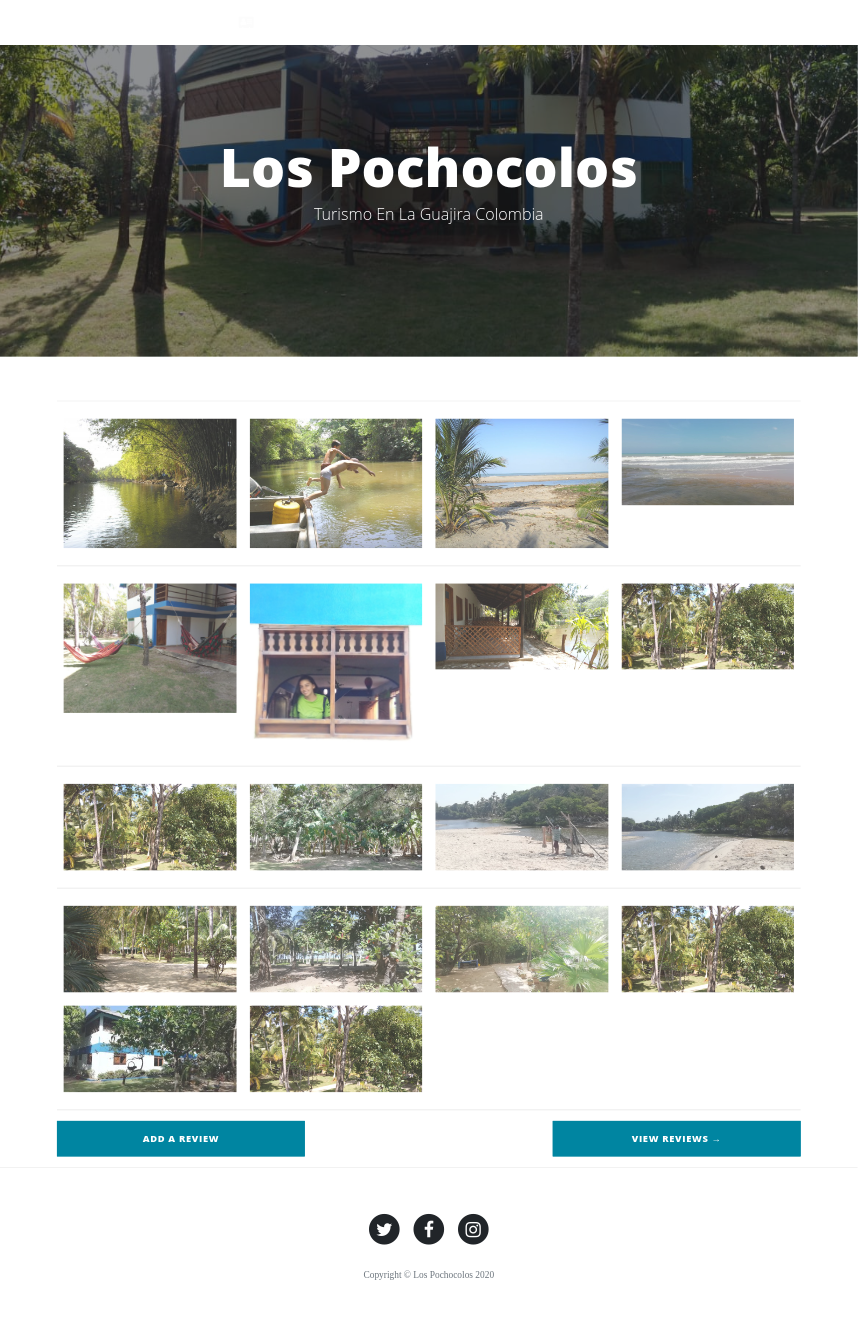
Repository: cachimiro/los-pochoclos
Page: http://localhost/
The author's editor kept a record of every edit. The page is drawn from the files as they stood at one moment, then again after the next edit.
The browser window is 1280 px wide. The pictures show the whole page, at 67% of full size.
Some web libraries are served in a nearby version. The page is served by the project's application, run on Flask 3 (run.py). Other server files are loaded and not shown. Queries for data that is not in the repository find no rows.

Above is the page before.
Console error: ReferenceError: emailjs is not defined

### templates/index.html

{% extends 'base.html' %} {% block content %}
<style>

.column img {
  opacity: 0.8;
  cursor: pointer;
}

.column img:hover {
  opacity: 1;
}

/* The grid: Four equal columns that floats next to each other */
.column {
  float: left;
  width: 25%;
  padding: 10px;
  height: 25%;
}


/* Clear floats after the columns */
.row:after {
  content: "";
  display: table;
  clear: both;
}

/* The expanding image container */
.expand-image{
  position: relative;
 display:none;
}


/* Closable button inside the expanded image */
.close {
  position: absolute;
  top: 10px;
  right: 15px;
  color: white;
  font-size: 35px;
  cursor: pointer;
}
</style>
<div class="container">
<div class="row">
  {% for index in indexs %}
    <div class="col-sm-12 col-lg-12 col-md-12 ">
        <h3>{{ index.title }}</h3>
        <p>{{ index.subject }}</p>

     {% endfor %}
           </div>
        </div>
        <!--phtos for main house-->
        <hr>
        <div class="container">
                   <div class="row ">
  <div class="column">
    <img src="../static/img/rio-pochocolos.jpg" alt="river" style="width:100%" onclick="expandImage(this);" id="togle">
  </div>
  <div class="column">
    <img src="../static/img/tanya-johann-boat.jpg" alt="river" style="width:100%" onclick="expandImage(this);" id="togle-1">
  </div>
  <div class="column">
    <img src="../static/img/playa-1.jpg" alt="rooms" style="width:100%" onclick="expandImage(this);" id="togle-2">
  </div>
  <div class="column">
    <img src="../static/img-room/mar-1.jpg" alt="rooms" style="width:100%" onclick="expandImage(this);"id="togle-3">
  </div>
</div>
</div>
<div class="container expand-image">
  <span onclick="this.parentElement.style.display='none'" class="close">&times;</span>
  <img id="expandedImg" style="width:100%">
</div>
 <hr>
 <!-- photos for ac rooms-->
  <div class="container">
                   <div class="row ">
  <div class="column">
    <img src="../static/img/casa-amacas.jpg" alt="Amacas" style="width:100%" onclick="expandImageTwo(this);" id="togle-4">
  </div>
  <div class="column">
    <img src="../static/img/yaneli-cosina.jpg" alt="cosine" style="width:100%" onclick="expandImageTwo(this);" id="togle-5">
  </div>
  <div class="column">
    <img src="../static/img-room/cuartos-aira.jpg" alt="Aircon rooms" style="width:100%" onclick="expandImageTwo(this);" id="togle-6">
  </div>
  <div class="column">
    <img src="../static/img-room/vista-frente-casa.jpg" alt="Aircon rooms" style="width:100%" onclick="expandImageTwo(this);"id="togle-7">
  </div>
</div>
</div>
<div class="container expand-image">
  <span onclick="this.parentElement.style.display='none'" class="close">&times;</span>
  <img id="expandedImg-2" style="width:100%">
</div>
 <hr>
 <!--photos for cabin-->
  <div class="container">
                   <div class="row ">
  <div class="column">
    <img src="../static/img-room/vista-frente-casa.jpg" alt="birds" style="width:100%" onclick="expandImageThree(this);" id="togle-8">
  </div>
  <div class="column">
    <img src="../static/img-room/platanera.jpg" alt="cabin" style="width:100%" onclick="expandImageThree(this);" id="togle-9">
  </div>
  <div class="column">
    <img src="../static/img-room/pescador.jpg" alt="cabin" style="width:100%" onclick="expandImageThree(this);" id="togle-10">
  </div>
  <div class="column">
    <img src="../static/img-room/rio-playa.jpg" alt="cabin" style="width:100%" onclick="expandImageThree(this);"id="togle-11">
  </div>
</div>
</div>
<div class="container expand-image">
  <span onclick="this.parentElement.style.display='none'" class="close">&times;</span>
  <img id="expandedImg-3" style="width:100%">
</div>
 <hr>
 <!--photos for camping-->
 <div class="container">
                   <div class="row ">
  <div class="column">
    <img src="../static/img-room/vista.jpg" alt="Cabin" style="width:100%" onclick="expandImageFour(this);" id="togle-12">
  </div>
  <div class="column">
    <img src="../static/img-room/vista-al-mar.jpg" alt="cabin" style="width:100%" onclick="expandImageFour(this);" id="togle-13">
  </div>
  <div class="column">
    <img src="../static/img-room/vista-al-rio.jpg" alt="cabin" style="width:100%" onclick="expandImageFour(this);" id="togle-14">
  </div>
  <div class="column">
    <img src="../static/img-room/vista-frente-casa.jpg" alt="cabin" style="width:100%" onclick="expandImageFour(this);"id="togle-15">
  </div>
  <div class="column">
    <img src="../static/img/a.jpg" alt="cabin" style="width:100%" onclick="expandImageFour(this);"id="togle-15">
  </div>
  <div class="column">
    <img src="../static/img-room/vista-frente-casa.jpg" alt="cabin" style="width:100%" onclick="expandImageFour(this);"id="togle-15">
  </div>
</div>
</div>
<div class="container expand-image">
  <span onclick="this.parentElement.style.display='none'" class="close">&times;</span>
  <img id="expandedImg-4" style="width:100%">
</div>
 <hr>

 <!--charity -->



        <!-- Pager -->
        <div class="clearfix">
            <a class="btn btn-primary float-right col-sm-6 col-md-4 col-lg-4" href="{{url_for('get_reviews')}} ">view reviews &rarr;</a>
            <a class="btn btn-primary float-left col-sm-6 col-md-4 col-lg-4" href="{{url_for('add_review')}}">Add a review</a>
        </div>
    </div>
</div>
<script>
// for the image galery
// for main rooms
function expandImage(imgs) {
  var expandImg = document.getElementById("expandedImg");
  expandImg.src = imgs.src;
  expandImg.parentElement.style.display = "block";

}
$("#togle").click(function (){
  $("#expandedImg").toggle()
});
$("#togle-1").click(function (){
  $("#expandedImg").toggle()
});
$("#togle-2").click(function (){
  $("#expandedImg").toggle()
});
$("#togle-3").click(function (){
  $("#expandedImg").toggle()
});
// photos for ac rooms
function expandImageTwo(imgs) {
  var expandImgTwo = document.getElementById("expandedImg-2");
  expandImgTwo.src = imgs.src;
  expandImgTwo.parentElement.style.display = "block";
}
$("#togle-4").click(function (){
  $("#expandedImg-2").toggle()
});
$("#togle-5").click(function (){
  $("#expandedImg-2").toggle()
});
$("#togle-6").click(function (){
  $("#expandedImg-2").toggle()
});
$("#togle-7").click(function (){
  $("#expandedImg-2").toggle()
});
// photos for cabin
function expandImageThree(imgs) {
  var expandImgThree = document.getElementById("expandedImg-3");
  expandImgThree.src = imgs.src;
  expandImgThree.parentElement.style.display = "block";
}
$("#togle-8").click(function (){
  $("#expandedImg-3").toggle()
});
$("#togle-9").click(function (){
  $("#expandedImg-3").toggle()
});
$("#togle-10").click(function (){
  $("#expandedImg-3").toggle()
});
$("#togle-11").click(function (){
  $("#expandedImg-3").toggle()
});
function expandImageFour(imgs) {
  var expandImgFour = document.getElementById("expandedImg-4");
  expandImgFour.src = imgs.src;
  expandImgFour.parentElement.style.display = "block";
}
$("#togle-12").click(function (){
  $("#expandedImg-4").toggle()
});
$("#togle-13").click(function (){
  $("#expandedImg-4").toggle()
});
$("#togle-14").click(function (){
  $("#expandedImg-4").toggle()
});
$("#togle-15").click(function (){
  $("#expandedImg-4").toggle()
});
// photos for camping
</script>
{% endblock %}

### templates/base.html
<!DOCTYPE html>
<html lang="en">
<head>
    <meta charset="UTF-8">
    <meta name="viewport" content="width=device-width, initial-scale=1.0">
    <meta http-equiv="X-UA-Compatible" content="ie=edge">
    <link href="https://stackpath.bootstrapcdn.com/font-awesome/4.7.0/css/font-awesome.min.css" rel="stylesheet" integrity="sha384-wvfXpqpZZVQGK6TAh5PVlGOfQNHSoD2xbE+QkPxCAFlNEevoEH3Sl0sibVcOQVnN" crossorigin="anonymous">
    <link href="{{ url_for('static', filename='vendor/bootstrap/css/bootstrap.min.css') }}" rel="stylesheet">
    <link rel="stylesheet" href="{{ url_for('static', filename='css/clean-blog.min.css') }}" type="text/css" />
    <link rel="stylesheet" href="{{ url_for('static', filename='css/style.css') }}" type="text/css" />
    <title>Los Pochocolos</title>
    <script type="text/javascript" src="https://cdn.jsdelivr.net/npm/emailjs-com@2.3.2/dist/email.min.js"></script>
<script type="text/javascript" src="//ajax.googleapis.com/ajax/libs/jquery/2.1.1/jquery.min.js"></script>

<script type="text/javascript" src="https://cdn.jsdelivr.net/npm/emailjs-com@2.3.2/dist/email.min.js"></script>
<script type="text/javascript">
   (function(){
      emailjs.init("user_UmSeo27b55xmNHfUBgKB0");
   })();
</script>
</head>
<body>
    <style>
    /*for login icon*/
        #staff{
            color:#fafafa;
            font-size:20px;
            opacity: 0.5;
            cursor:pointer;
        }
        #staff:hover{
           opacity: 1;
        }
        @media only screen and (max-width: 800px) {
    #staff{
    color: black;
    opacity: 0.3;
  }
}


    </style>
    <!-- Navigation -->
    <nav class="navbar navbar-expand-lg navbar-light fixed-top" id="mainNav">
        <div class="container">
            <a class="navbar-brand" href="{{url_for('index') }}">Finca Los Pochocolos</a>
            <!--login for admin-->
            <a id="staff" href="{{url_for('log') }}" >
            <i class="fa fa-address-card"></i>
            </a>



            <button class="navbar-toggler navbar-toggler-right" type="button" data-toggle="collapse" data-target="#navbarResponsive" aria-controls="navbarResponsive" aria-expanded="false" aria-label="Toggle navigation">
          Menu
          <i class="fa fa-bars"></i>
        </button>
            <div class="collapse navbar-collapse" id="navbarResponsive">
                <ul class="navbar-nav ml-auto">
                    <li class="nav-item">
                        <a class="nav-link" href="{{ url_for('index') }}">Home</a>
                    </li>
                    <li class="nav-item">
                        <a class="nav-link" href="{{ url_for('rooms') }}">Rooms</a>
                    </li>
                    <li class="nav-item">
                        <a class="nav-link" href="{{ url_for('about') }}">About</a>
                    </li>
                    <li class="nav-item">
                        <a class="nav-link" href="{{ url_for('contact') }}">Contact</a>
                    </li>
                       <li class="nav-item">
                        <a class="nav-link" href="{{ url_for('charity') }}">Charity</a>
                    </li>
                </ul>
            </div>
        </div>
    </nav>

    <!-- Page Header -->
   <!--- <header class="masthead" style="background-image: url('https://berakatours.com/wp-content/uploads/2017/09/Avistamiento-Aves-Colombia.jpg')">----->
          <header class="masthead" style="background-image: url('../static/img/casa-pano.jpg')">
        <div class="overlay"></div>
        <div class="container">
            <div class="row">
                <div class="col-lg-8 col-md-10 mx-auto">
                    <div class="site-heading">
                         <h1>Los Pochocolos</h1>
                        <span class="subheading">Turismo En La Guajira Colombia</span>
                    </div>
                </div>
            </div>
        </div>
    </header>

    <!-- Main Content -->
    <div class="container">
        {% block content %} {% endblock %}
    </div>

    <hr>

    <!-- Footer -->
    <footer>
        <div class="container">
            <div class="row">
                <div class="col-lg-8 col-md-10 mx-auto">
                    <ul class="list-inline text-center">
                        <li class="list-inline-item">
                            <a href="#">
                                <span class="fa-stack fa-lg">
                    <i class="fa fa-circle fa-stack-2x"></i>
                    <i class="fa fa-twitter fa-stack-1x fa-inverse"></i>
                  </span>
                            </a>
                        </li>
                        <li class="list-inline-item">
                            <a href="#">
                                <span class="fa-stack fa-lg">
                    <i class="fa fa-circle fa-stack-2x"></i>
                    <i class="fa fa-facebook fa-stack-1x fa-inverse"></i>
                  </span>
                            </a>
                        </li>
                        <li class="list-inline-item">
                            <a href="#">
                                <span class="fa-stack fa-lg">
                    <i class="fa fa-circle fa-stack-2x"></i>
                    <i class="fa fa-instagram fa-stack-1x fa-inverse"></i>
                  </span>
                            </a>



                        </li>
                    </ul>
                    <p class="copyright text-muted">Copyright &copy; Los Pochocolos 2020</p>
                </div>
            </div>
        </div>
    </footer>

    <!-- Bootstrap core JavaScript -->
    <script src="{{ url_for('static', filename='vendor/jquery/jquery.min.js') }}"></script>
    <script src="{{ url_for('static', filename='vendor/bootstrap/js/bootstrap.bundle.min.js') }}"></script>

    <!-- Custom scripts for this template -->
    <script src="{{ url_for('static', filename='js/clean-blog.min.js') }}"></script>

    <!--my js code-->
     <script type="text/javascript" src="https://cdnjs.cloudflare.com/ajax/libs/jquery/3.4.1/jquery.min.js"></script>

     <script src="{{ url_for('static', filename='js/main.js') }}"></script>






</body>
</html>

### run.py
import os
import json
import click
from flask import Flask, render_template, request,redirect, flash, url_for, session
from flask_pymongo import PyMongo
from bson.objectid import ObjectId




app = Flask(__name__)
app.config["MONGO_DBNAME"] = 'reviews'
app.config["MONGO_URI"] = "mongodb+srv://root:Johann@myfirstcluster-ugp0n.mongodb.net/reviews?retryWrites=true&w=majority"

mongo = PyMongo(app)
app.secret_key = "cachimiro"



@app.route('/')
def index():
    return render_template("index.html", indexs=mongo.db.index.find())


@app.route('/update_index')
def update_index_data():
    return render_template("admin-index.html", indexs=mongo.db.index.find())

@app.route('/update_indexs/<index_id>', methods=["POST"])
def update_indexss(index_id):
    index = mongo.db.index
    index.update( {'_id': ObjectId(index_id)},
    {
        'title':request.form.get('title'),
        'subject': request.form.get('subject'),

    })
    return redirect(url_for('Admin_update_reviews_and_more'))


# code to be ble to see reviews
@app.route('/view_reviews')
def get_reviews():
    return render_template("reviews.html", opinions=mongo.db.opinion.find())



        # TODO: write code...
# this line of code will allow costumesr to add reviews
@app.route('/add_review')
def add_review():
    return render_template('add-reviews.html')


@app.route('/add_review', methods=['POST'])
def insert_reviews():
    reviews = mongo.db.opinion
    reviews.insert_one(request.form.to_dict())
    return redirect(url_for('get_reviews'))

# code for conecting templates


@app.route('/about')
def about():
    data = []
    with open("data/company.json", "r") as json_data:
        data = json.load(json_data)
    return render_template("about.html",company=data, abouts=mongo.db.about.find())
# code to be able so the costumer can edit the about section

@app.route('/update_about')
def update_about_data():
    return render_template("admin-about.html", abouts=mongo.db.about.find())


@app.route('/update_about/<about_id>', methods=["POST"])
def update_about(about_id):
    about = mongo.db.about
    about.update( {'_id': ObjectId(about_id)},
    {
        'title':request.form.get('title'),
        'subject': request.form.get('subject'),
        'subjects': request.form.get('subjects'),

    })
    return redirect(url_for('Admin_update_reviews_and_more'))

@app.route('/about/<member_name>')
def about_member(member_name):
    member = {}

    with open("data/company.json", "r") as json_data:
        data = json.load(json_data)
        for obj in data:
            if obj["url"] == member_name:
                member = obj

    return render_template("member.html", member=member)




@app.route('/contact')
def contact():
 return render_template("contact.html", page_title="Contact",)


@app.route('/rooms')
def rooms():
   return render_template("rooms.html", page_title="Rooms",fans=mongo.db.fan.find(),acs=mongo.db.ac.find(),cabins=mongo.db.cabin.find(),camps=mongo.db.camp.find())


# to be able to update the rooms information
@app.route('/update_room')
def update_room_data():
    return render_template("admin-room.html", fans=mongo.db.fan.find())

@app.route('/update_rooms/<fan_id>', methods=["POST"])
def update_rooms(fan_id):
    fan = mongo.db.fan
    fan.update( {'_id': ObjectId(fan_id)},
    {
        'title':request.form.get('title'),
        'price':request.form.get('price'),
        'subject': request.form.get('subject'),

    })
    return redirect(url_for('Admin_update_reviews_and_more'))

@app.route('/update_room_ac')
def update_room_ac():
    return render_template("admin-ac.html", acs=mongo.db.ac.find())

@app.route('/update_rooms_ac/<ac_id>', methods=["POST"])
def update_rooms_ac(ac_id):
    ac = mongo.db.ac
    ac.update( {'_id': ObjectId(ac_id)},
    {
        'title':request.form.get('title'),
        'price':request.form.get('price'),
        'subject':request.form.get('subject'),

    })
    return redirect(url_for('Admin_update_reviews_and_more'))

@app.route('/update_room_cabin')
def update_room_cabin():
    return render_template("admin-cabin.html", cabins=mongo.db.cabin.find())

@app.route('/update_rooms_cabin/<cabin_id>', methods=["POST"])
def update_rooms_cabin(cabin_id):
    cabin = mongo.db.cabin
    cabin.update( {'_id': ObjectId(cabin_id)},
    {
        'title':request.form.get('title'),
        'price':request.form.get('price'),
        'subject':request.form.get('subject'),

    })
    return redirect(url_for('Admin_update_reviews_and_more'))

@app.route('/update_room_camp')
def update_room_camp():
    return render_template("admin-camp.html", camps=mongo.db.camp.find())

@app.route('/update_rooms_camp/<camp_id>', methods=["POST"])
def update_rooms_camp(camp_id):
    camp = mongo.db.camp
    camp.update( {'_id': ObjectId(camp_id)},
    {
        'title':request.form.get('title'),
        'price':request.form.get('price'),
        'subject':request.form.get('subject'),

    })
    return redirect(url_for('Admin_update_reviews_and_more'))
#  code so that the charity information can be diplayed and the the manager can update the information

@app.route('/charity')
def charity():
   return render_template("charity.html", page_title="charity", chas=mongo.db.data_cha.find(), chars=mongo.db.char.find())



@app.route('/update_charity')
def update_charity_info():
    return render_template("admin-charity.html", chars=mongo.db.char.find())


@app.route('/update_charity_info/<char_id>', methods=["POST"])
def update_charity_main(char_id):
    char = mongo.db.char
    char.update( {'_id': ObjectId(char_id)},
    {
        'title':request.form.get('title'),
        'title2':request.form.get('title2'),

    })
    return redirect(url_for('Admin_update_reviews_and_more'))



@app.route('/update_charity_2')
def update_charity_info_2():
    return render_template("admin-2.html",chas=mongo.db.data_cha.find())


@app.route('/update_charity_info_2/<cha_id>', methods=["POST"])
def update_charity_data_1(cha_id):
    data_cha = mongo.db.data_cha
    data_cha.update( {'_id': ObjectId(cha_id)},
    {
        'title':request.form.get('title'),
        'subject':request.form.get('subject'),

    })
    return redirect(url_for('Admin_update_reviews_and_more'))



@app.route('/admin')
def Admin_update_reviews_and_more():
   return render_template("admin.html")

# this line of code is for the managers to update their reviews and delete them
@app.route('/admin_reviews')
def Admin_update_reviews():
   return render_template("admin-reviews.html", opinions=mongo.db.opinion.find())


@app.route('/edit_review/<opinion_id>')
def edit_review(opinion_id):
    the_opinion =  mongo.db.opinion.find_one({"_id": ObjectId(opinion_id)})
    return render_template('update.html', opinion=the_opinion)


@app.route('/update_opinion/<opinion_id>', methods=["POST"])
def update_opinion(opinion_id):
    opinion = mongo.db.opinion
    opinion.update( {'_id': ObjectId(opinion_id)},
    {
        'name':request.form.get('name'),
        'surname':request.form.get('surname'),
        'Title': request.form.get('Title'),
        'Opinion': request.form.get('Opinion'),
        'how_would_you_improve_it':request.form.get('how_would_you_improve_it')
    })
    return redirect(url_for('Admin_update_reviews_and_more'))


@app.route('/delete_opinion/<opinion_id>')
def delete_opinion(opinion_id):
    mongo.db.opinion.remove({'_id': ObjectId(opinion_id)})
    return redirect(url_for('Admin_update_reviews_and_more'))



@app.route('/login')
def log():
    return render_template('login.html')

@app.route('/admin', methods=['GET', 'POST'])
def login():
   error = None
   if request.method == 'POST':
       if request.form['username'] !='tiggy-curry' or request.form['password'] !='Antigone1':
           error = "invalid information please try again."
       else:
           session['logged_in'] = True
           flash('You are in! ')
           return render_template('admin.html')
       return render_template('login.html', error=error)


@app.route('/logout')
def logout():
    session.pop('logged_in', None)
    flash('You are logged out! ')
    return redirect(url_for('log'))




if __name__ == '__main__':
    app.run(host=os.environ.get('IP'),
            port=int(os.environ.get('PORT')),
            debug=True)

### static/css/style.css


 /*for login icon*/
        #staff{
            color:#fafafa;
            font-size:20px;
            opacity: 0.5;
            cursor:pointer;
        }
        #staff:hover{
           opacity: 1;
        }
        @media only screen and (max-width: 800px) {
    #staff{
    color: black;
    opacity: 0.3;
  }
}

Loaded but not shown: static/css/clean-blog.min.css (library); static/js/clean-blog.min.js (common file); static/js/main.js (52 lines, source omitted)

After the next edit:
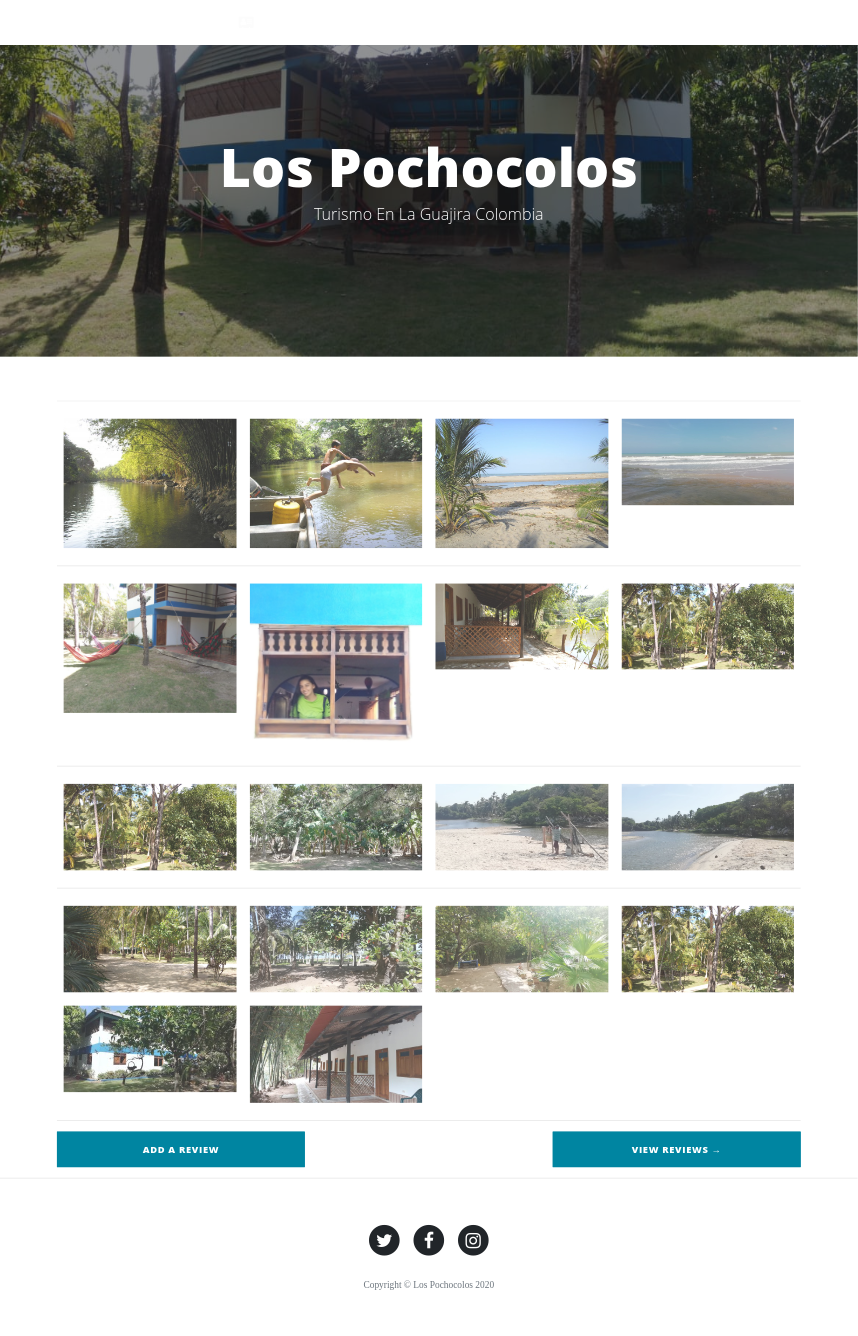
The edit:
--- a/templates/index.html
+++ b/templates/index.html
@@ -140,7 +140,7 @@
     <img src="../static/img/a.jpg" alt="cabin" style="width:100%" onclick="expandImageFour(this);"id="togle-15">
   </div>
   <div class="column">
-    <img src="../static/img-room/vista-frente-casa.jpg" alt="cabin" style="width:100%" onclick="expandImageFour(this);"id="togle-15">
+    <img src="../static/img/b.jpg" alt="cabin" style="width:100%" onclick="expandImageFour(this);"id="togle-15">
   </div>
 </div>
 </div>
